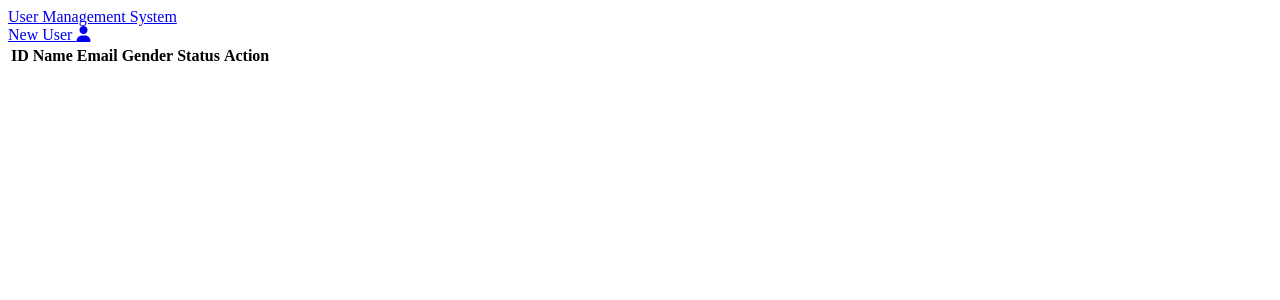
Repository: HustlingbeastAnish/CRUD-APP-
Page: views/index.html
The author's editor kept a copy of each file at every save. The page is drawn from the files as they stood at one save, then again after the next save.
The browser window is 1280 px wide. The pictures show the whole page.

Above is the page before, as saved 2022-10-06 22:06:00.

After the next save:
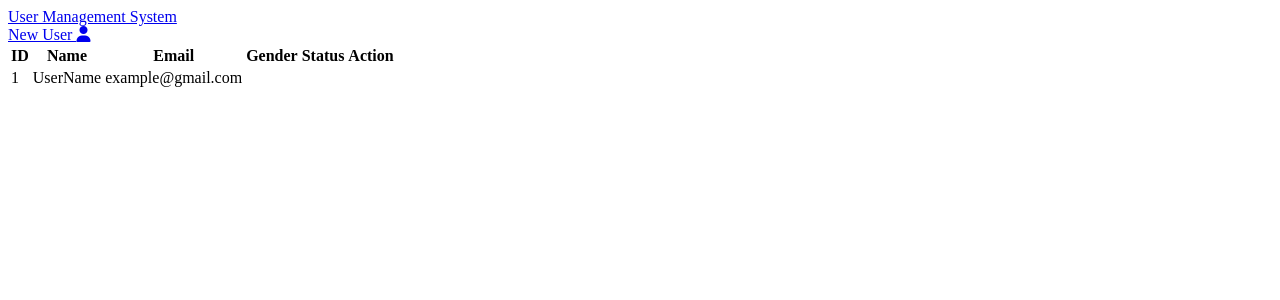
Saved 61 s later.
--- a/views/index.html
+++ b/views/index.html
@@ -52,6 +52,15 @@
                     <th>Action</th>
                 </tr>
             </thead>
+            <tbody>
+                <tr>
+                    <td>1</td>
+                    <td>UserName</td>
+                    <td>example@gmail.com</td>
+                    <td></td>
+                    <td></td>
+                </tr>
+            </tbody>
         </table>
 
 
